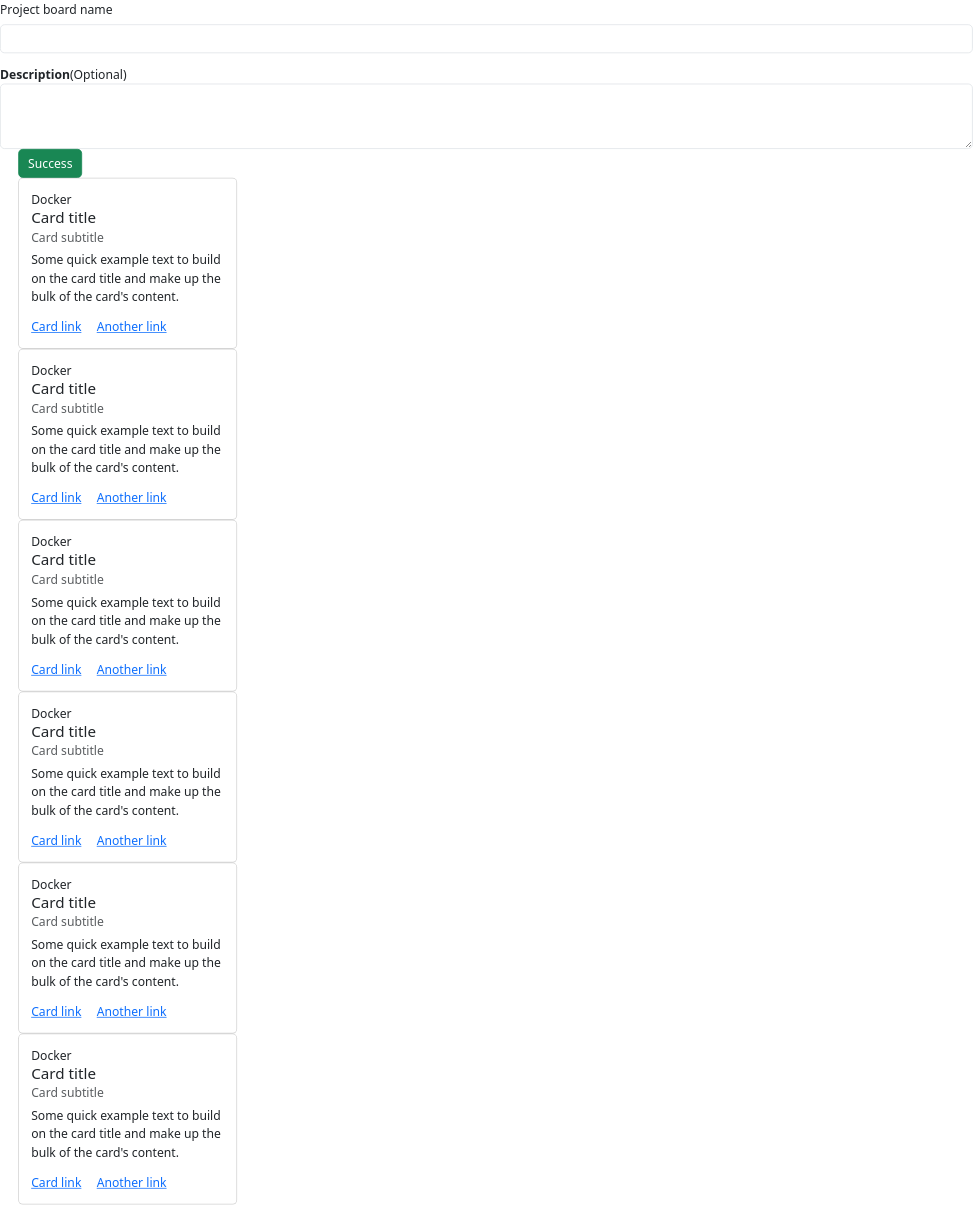
Repository: NSS-Evening-25-Cohort/e25-gitsub-control-alt-defeat
Page: index.html
An editor plug-in stored every save of this project. The page is shown before and after the next save, followed by the edit.
The browser window is 1280 px wide. The pictures show the whole page, at 76% of full size.

Above is the page before, as saved 2023-11-06 21:24:24.

After the next save:
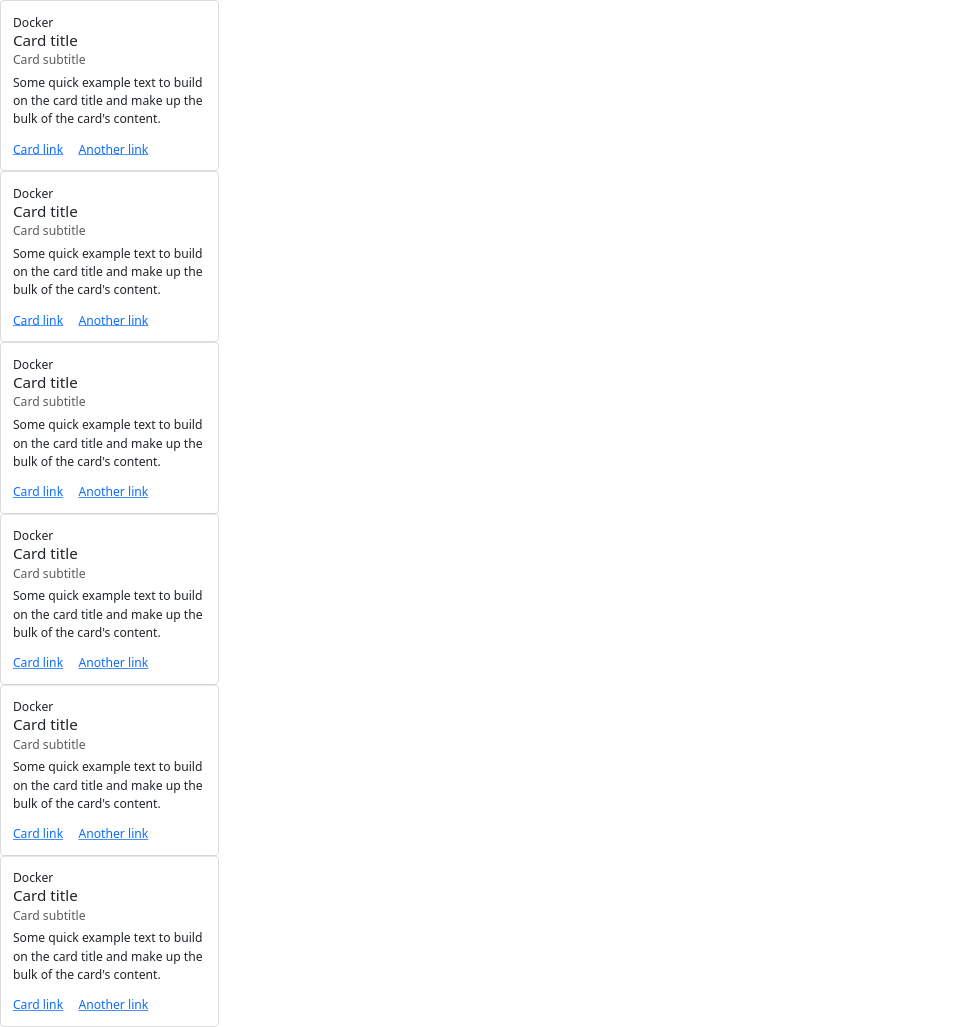
Console error: SyntaxError: Identifier 'renderToDom' has already been declared
Saved 4 min 33 s later.
--- a/index.html
+++ b/index.html
@@ -11,23 +11,11 @@
     <title>Document</title>
   </head>
   <body>
-    <form>
-      <div class="mb-3">
-        <label for="exampleInputEmail1" class="form-label" id="boardName">Project board name</label>
-        <input type="email" class="form-control" id="exampleInputEmail1" aria-describedby="emailHelp">
-      </div>
-      <div class="form-group">
-        <label for="exampleFormControlTextarea1"><B>Description</B>(Optional)</label>
-        <textarea class="form-control" id="exampleFormControlTextarea1" rows="3"></textarea>
-      </div>
-      </div>
-      <div class="mb-3 form-check">
-        <button type="button" class="btn btn-success">Success</button>
-    </form>
     <div id="app1"></div>
     <div id="app2"></div>
 
     <script src="	https://cdn.jsdelivr.net/npm/bootstrap@5.3.2/dist/js/bootstrap.bundle.min.js"></script>
     <script src="main.js"></script>
+    <script src="repoPage.js"></script>
   </body>
 </html>

After the 2 saves that followed:
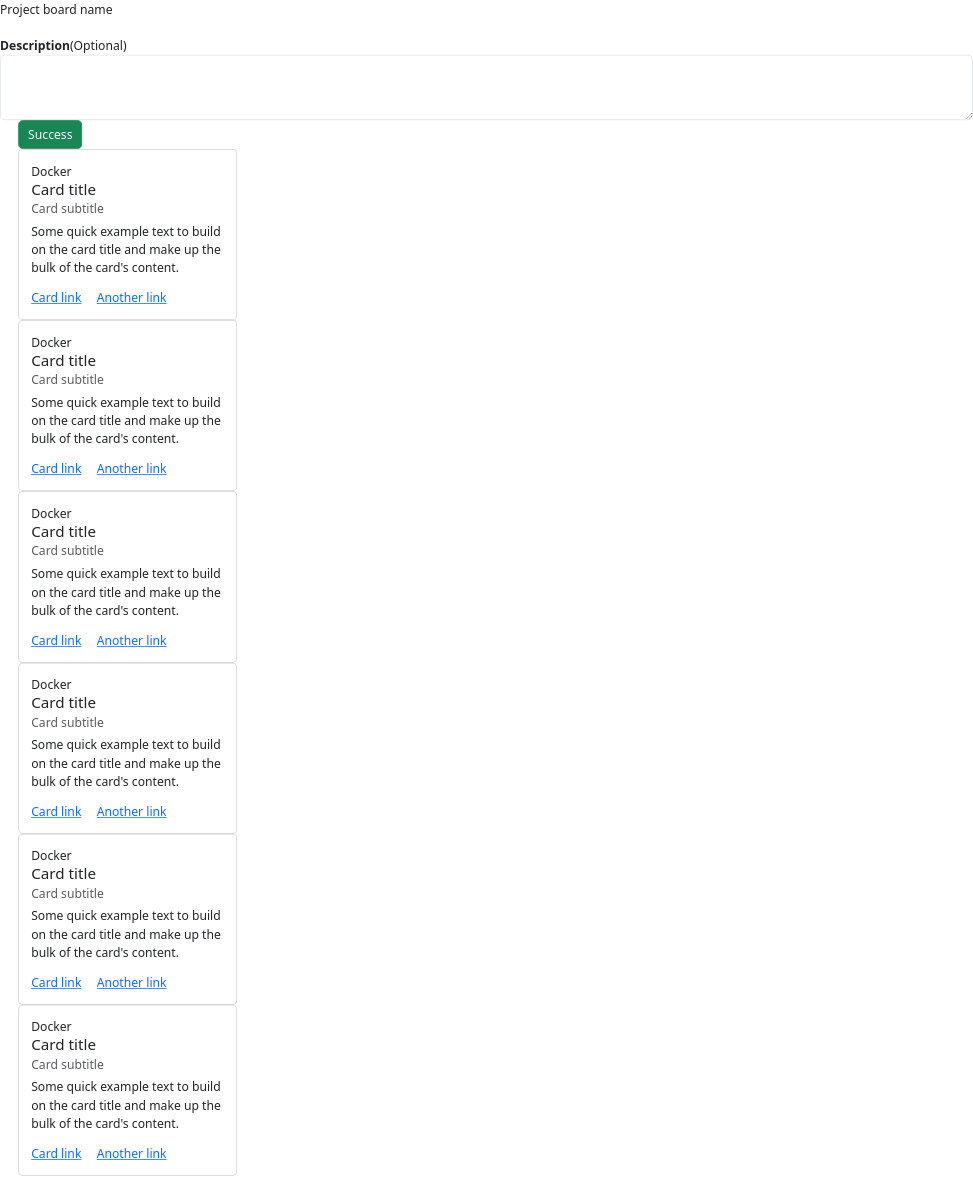
The error is gone.
The 2 saves are shown as one change because 1 left the picture as it was.
The last was saved 5 min 41 s later.
--- a/index.html
+++ b/index.html
@@ -11,11 +11,22 @@
     <title>Document</title>
   </head>
   <body>
+    <form>
+      <div class="mb-3">
+        <label for="exampleInputEmail1" class="form-label" id="boardName">Project board name</label>
+      </div>
+      <div class="form-group">
+        <label for="exampleFormControlTextarea1" id="descriptionName"><B>Description</B>(Optional)</label>
+        <textarea class="form-control" id="exampleFormControlTextarea1" rows="3"></textarea>
+      </div>
+      </div>
+      <div class="mb-3 form-check">
+        <button type="button" class="btn btn-success">Success</button>
+    </form>
     <div id="app1"></div>
     <div id="app2"></div>
 
     <script src="	https://cdn.jsdelivr.net/npm/bootstrap@5.3.2/dist/js/bootstrap.bundle.min.js"></script>
     <script src="main.js"></script>
-    <script src="repoPage.js"></script>
   </body>
 </html>
--- a/main.js
+++ b/main.js
@@ -22,20 +22,20 @@ const packageCards =[
   },
   {
     id: 5,
-    img: "image",
+    imageURL: "https://www.google.com/url?sa=i&url=https%3A%2F%2Fwww.creativebloq.com%2Fnews%2Ftwitter-logo-history&psig=AOvVaw3y8LYKl_CxiwL2W_oTsGUa&ust=1699413723681000&source=images&cd=vfe&ved=0CBEQjRxqFwoTCKD7mcz3sIIDFQAAAAAdAAAAABAE",
     name: "Docker",
     info: "A software platform used for building applications based on containers small and lightweight execution environments"
   },
   {
     id: 6,
-    img: "image",
     name: "Docker",
     info: "A software platform used for building applications based on containers small and lightweight execution environments"
   },
 ];
 
-const app1 = document.querySelector("#app1")
-const app2 = document.querySelector("#app2")
+const app1 = document.querySelector("#app1");
+const app2 = document.querySelector("#app2");
+const form = document.querySelector("form");
 
 const renderToDom = (packageCards) =>{
 
@@ -56,3 +56,17 @@ const renderToDom = (packageCards) =>{
   app1.innerHTML = domString
 }
 renderToDom(packageCards)
+
+const createPackage = (event) =>{
+  event.preventDefault();
+  const newPackage = {
+    id: packageCards.length +1,
+    name: document.querySelector("#boardName").value,
+    info: document.querySelector("descriptionName").value,
+  }
+  packageCards.push(newPackage);
+  renderToDom(packageCards);
+  form.reset();
+}
+
+form.addEventListener("submit", createPackage)
